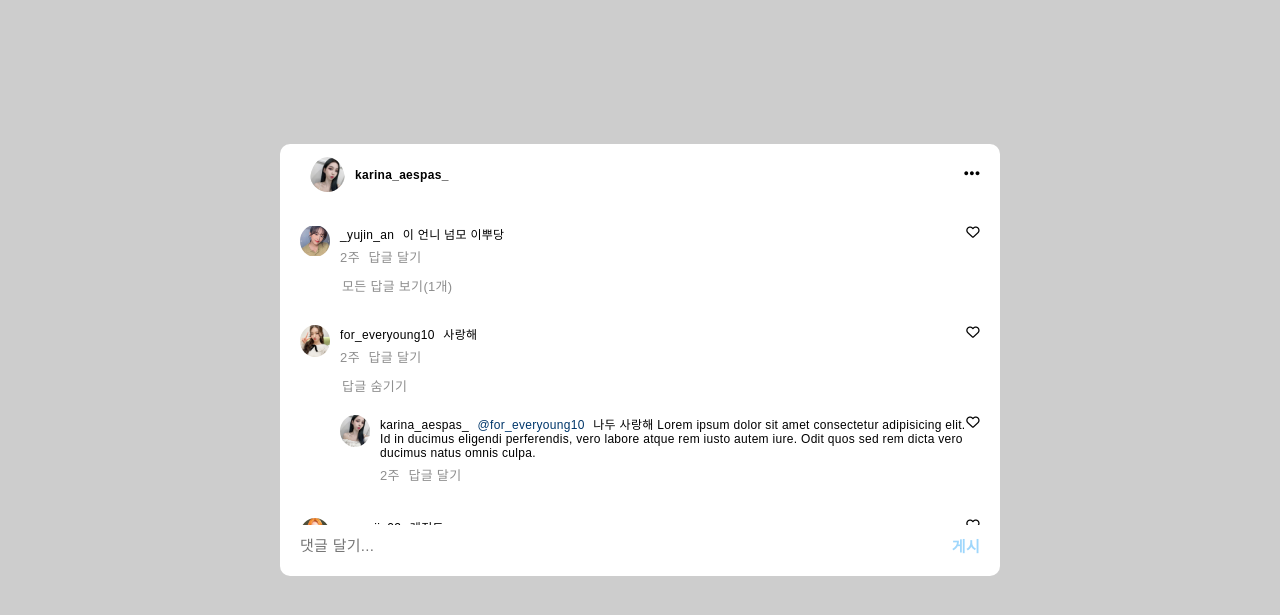
Repository: SNSFiestaTeam/Fiesta
Page: Fiesta/src/main/webapp/html/action/comment.html
An editor plug-in stored every save of this project. The page is shown before and after the next save, followed by the edit.
The browser window is 1280 px wide. The pictures show the whole page.
Some web fonts or font styles are not loaded; a fallback is used. Some web libraries are served in a nearby version.

Above is the page before, as saved 2022-11-28 17:27:44.

### Fiesta/src/main/webapp/html/action/comment.html
<!DOCTYPE html>
<html lang="en">
  <head>
    <meta charset="UTF-8" />
    <meta http-equiv="X-UA-Compatible" content="IE=edge" />
    <meta name="viewport" content="width=device-width, initial-scale=1.0" />
    <title>Document</title>
    <link rel="stylesheet" href="../../resources/css/common-style.css" />
    <link rel="stylesheet" href="../../resources/css/comment-style.css" />

    <script
      src="https://kit.fontawesome.com/591746f9e8.js"
      crossorigin="anonymous"
    ></script>
  </head>
  <body>
    <section id="commentContainerM">
      <section id="commentListAreaM">
        <div id="writerInfoAreaM">
          <div id="writerInfoM">
            <a href="html/profile/memberfeed(신아민) .html" id="profilePhotoM">
              <img
                id="feedProfileImageM"
                src="../../resources/images/karina.jpeg"
              />
            </a>
            <a href="#" class="feed-memberId-m">karina_aespas_</a>
          </div>
          <div>
            <button
              type="button"
              id="feedHeaderMenuM"
              class="fa-solid fa-ellipsis feed-header-menu"
            ></button>
          </div>
        </div>

        <div class="comment-container-m">
          <div class="comment-area-m">
            <ul class="comment-list-m two-line">
              <!-- 첫번째 댓글(답글 보기 X) -->
              <li class="comment-m">
                <div class="comment-firstchild-m">
                  <a href="#" id="commentProfileM">
                    <img
                      id="commentProfileImageM"
                      src="../../resources/images/안유진.jpg"
                    />
                  </a>
                  <div>
                    <div class="comment-firstline-m">
                      <div>
                        <a href="#" class="comment-memberId-m">_yujin_an</a>
                        <span class="comment-content-m"
                          >이 언니 넘모 이뿌당</span
                        >
                      </div>
                      <div>
                        <button class="comment-like-btn-m">
                          <i class="fa-regular fa-heart"></i>
                        </button>
                      </div>
                    </div>
                    <div class="create-reply-m">
                      <a href="#">2주</a>
                      <a href="#">답글 달기</a>
                      <button
                        type="button"
                        class="fa-solid fa-ellipsis hover-btn-m"
                      ></button>
                    </div>
                  </div>
                </div>
                <a href="#" class="more-reply-m">모든 답글 보기(1개)</a>
              </li>

              <!-- 두번째 댓글(답글 보기 O) -->
              <li class="comment-m">
                <div class="comment-firstchild-m">
                  <a href="#" id="commentProfileM">
                    <img
                      id="commentProfileImageM"
                      src="../../resources/images/장원영.jpg"
                    />
                  </a>
                  <div>
                    <div class="comment-firstline-m">
                      <div>
                        <a href="#" class="comment-memberId-m"
                          >for_everyoung10</a
                        >
                        <span class="comment-content-m">사랑해</span>
                      </div>
                      <div>
                        <button class="comment-like-btn-m">
                          <i class="fa-regular fa-heart"></i>
                        </button>
                      </div>
                    </div>
                    <div class="create-reply-m">
                      <a href="#">2주</a>
                      <a href="#">답글 달기</a>
                      <button
                        type="button"
                        class="fa-solid fa-ellipsis hover-btn-m"
                      ></button>
                    </div>
                  </div>
                </div>
                <a href="#" class="more-reply-m">답글 숨기기</a>
                <!-- 답글 리스트 -->
                <ul>
                  <!-- 두번째 댓글의 답글 -->
                  <li class="comment-m" id="replyM">
                    <div class="reply-firstchild-m">
                      <a href="#" id="commentProfileM">
                        <img
                          id="commentProfileImageM"
                          src="../../resources/images/karina.jpeg"
                        />
                      </a>
                      <div>
                        <div class="reply-firstline-m">
                          <div>
                            <a href="#" class="comment-memberId-m"
                              >karina_aespas_</a
                            >
                            <a href="#" class="mention-m">@for_everyoung10</a>
                            <span class="comment-content-m"
                              >나두 사랑해 Lorem ipsum dolor sit amet
                              consectetur adipisicing elit. Id in ducimus
                              eligendi perferendis, vero labore atque rem iusto
                              autem iure. Odit quos sed rem dicta vero ducimus
                              natus omnis culpa.</span
                            >
                          </div>
                          <div>
                            <button class="comment-like-btn-m">
                              <i class="fa-regular fa-heart"></i>
                            </button>
                          </div>
                        </div>
                        <div class="create-reply-m">
                          <a href="#">2주</a>
                          <a href="#">답글 달기</a>
                          <button
                            type="button"
                            class="fa-solid fa-ellipsis hover-btn-m"
                          ></button>
                        </div>
                      </div>
                    </div>
                  </li>
                </ul>
              </li>

              <!-- 세번째 댓글 -->
              <li class="comment-m">
                <div class="comment-firstchild-m">
                  <a href="#" id="commentProfileM">
                    <img
                      id="commentProfileImageM"
                      src="../../resources/images/이영지.jpg"
                    />
                  </a>
                  <div>
                    <div class="comment-firstline-m">
                      <div>
                        <a href="#" class="comment-memberId-m">youngji_02</a>
                        <span class="comment-content-m">레전드</span>
                      </div>
                      <div>
                        <button class="comment-like-btn-m">
                          <i class="fa-regular fa-heart"></i>
                        </button>
                      </div>
                    </div>
                    <div class="create-reply-m">
                      <a href="#">2주</a>
                      <a href="#">답글 달기</a>
                      <button
                        type="button"
                        class="fa-solid fa-ellipsis hover-btn-m"
                      ></button>
                    </div>
                  </div>
                </div>
                <a href="#" class="more-reply-m">모든 답글 보기(1개)</a>
              </li>

              <!-- 네번째 댓글 -->
              <li class="comment-m">
                <div class="comment-firstchild-m">
                  <a href="#" id="commentProfileM">
                    <img
                      id="commentProfileImageM"
                      src="../../resources/images/이영지.jpg"
                    />
                  </a>
                  <div>
                    <div class="comment-firstline-m">
                      <div>
                        <a href="#" class="comment-memberId-m">youngji_02</a>
                        <span class="comment-content-m">레전드</span>
                      </div>
                      <div>
                        <button class="comment-like-btn-m">
                          <i class="fa-regular fa-heart"></i>
                        </button>
                      </div>
                    </div>
                    <div class="create-reply-m">
                      <a href="#">2주</a>
                      <a href="#">답글 달기</a>
                      <button
                        type="button"
                        class="fa-solid fa-ellipsis hover-btn-m"
                      ></button>
                    </div>
                  </div>
                </div>
                <a href="#" class="more-reply-m">모든 답글 보기(1개)</a>
              </li>

              <!-- 네번째 댓글 -->
            </ul>
          </div>
        </div>
        <div class="comment-input-area-m">
          <form name="commentForm" action="#">
            <input
              name="comment"
              id="commentInputM"
              class="comment-input-m"
              type="text"
              placeholder="댓글 달기..."
              autocomplete="off"
            />
            <button class="posting-btn" disabled>게시</button>
          </form>
        </div>
      </section>
    </section>
  </body>
</html>

### Fiesta/src/main/webapp/resources/css/common-style.css
@import url('https://fonts.googleapis.com/css2?family=Noto+Sans+KR:wght@100;300;400;500;700;900&display=swap');
@import url('https://fonts.googleapis.com/css2?family=Chewy&display=swap');
@import url('https://fonts.googleapis.com/css2?family=Leckerli+One&display=swap');
@import url('https://fonts.googleapis.com/css2?family=Cookie&display=swap');
@import './root-style.css';
@import url('https://fonts.googleapis.com/css2?family=Nanum+Gothic:wght@400;700;800&display=swap');
@import url('https://fonts.googleapis.com/css2?family=IBM+Plex+Sans+KR:wght@100;200;300;400;500&display=swap');

/* 전체 적용 스타일 */
* {
  margin: 0;
  padding: 0;
  box-sizing: border-box;
  list-style: none;
  /* font-family: 'Noto Sans KR', sans-serif; */
  /* font-family: 'Nanum Gothic', sans-serif; */
  font-family: 'IBM Plex Sans KR', sans-serif;
  letter-spacing: 0.3px;
}

a {
  text-decoration: none;
  color: black;
}

body {
  width: vw;
  font-size: 18px;
}

button {
  border: none;
  background-color: white;
}

footer {
  width: 100%;
  height: 134px;
  color: gray;
  font-size: var(--small-font-size);
  padding-bottom: 40px;

  display: flex;
  flex-direction: column;
  justify-content: space-around;
  align-items: center;
}

footer a {
  color: gray;
}

header {
  width: 100%;
  height: 60px;
  border-bottom: 1px solid #ccc;

  position: sticky;
  top: 0;
  background-color: white;

  display: flex;
  justify-content: center;
  z-index: 2;
}

header > section {
  width: 1000px;
  padding: 0 20px;

  display: flex;
  justify-content: space-between;
  align-items: center;
}

.logo-section a {
  font-family: 'Cookie', cursive;
  /* font-family: 'Chewy', cursive; */
  color: #dd4132;
  font-size: 50px;
  width: 120px;
  height: auto;
}

#logo {
  width: 120px;
  height: auto;
}

.search-section {
  width: 50%;

  display: flex;
  justify-content: center;
}

.search-section fieldset {
  height: 36px;
  width: 90%;
  background-color: --main-font-color;
  border: none;
  border-radius: 5px;

  display: flex;
  justify-content: center;
  align-items: center;
}

.search-section fieldset input {
  width: 200px;
}

#searchX {
  display: flex;
  justify-content: center;
  align-items: center;

  border-radius: 50%;

  display: none;
}

#searchX > i {
  background-color: #ccc;
  display: block;
  width: 15px;
  height: 15px;
  border-radius: 50%;
  font-size: 10px;

  display: flex;
  justify-content: center;
  align-items: center;
  color: white;
}

.search-section fieldset:focus-within > #search-glass {
  display: none;
}

.search-section fieldset:focus-within > #searchX {
  display: inline;
}

.search-section fieldset > input {
  height: 25px;
  border: none;
  outline: none;
  font-size: var(--madium-font-size);

  flex-basis: 80%;
}

.search-section fieldset > button {
  height: 25px;
  margin-right: 10px;
  font-size: 16px;
  color: var(--main-font-color);

  flex-basis: 10%;
}

nav {
  flex-shrink: 0;
}

nav > ul {
  font-size: var(--large-icon-size);

  display: flex;
  justify-content: space-between;
}

nav li {
  margin-left: 10px;
  flex-shrink: 0;

  text-align: center;
}

nav li > button {
  width: 100%;
  height: 100%;
  font-size: var(--large-icon-size);
}

nav li > button:active {
  color: var(--main-font-color);
}

nav li > a:active {
  color: var(--main-font-color);
}

nav i {
  flex-shrink: 0;
}

#searchBtn {
  display: none;
}

.toggle-search-section {
  display: none;
}

@media screen and (min-width: 1024px) {
  /* Desktop */
}

@media screen and (min-width: 471px) and (max-width: 1023px) {
  /* Tablet */
}

@media screen and (max-width: 780px) {
  .search-section > form {
    display: none;
  }

  #searchBtn {
    display: inline;
  }

  .toggle-search-section {
    width: 100vw;
    height: 80px;

    position: sticky;
    top: 60px;

    display: flex;
    justify-content: center;
    align-items: center;
    z-index: 40;
    display: none;
  }

  .toggle-search-section fieldset {
    height: 38px;
    width: 100%;
    background-color: #ffffff90;
    border: 1px solid #8e8e8e;
    border-radius: 5px;
    padding-left: 10px;

    display: flex;
    justify-content: center;
    align-items: center;
  }

  .toggle-search-section fieldset > input {
    height: 100%;
    width: 100%;
    border: none;
    outline: none;
    font-size: var(--madium-font-size);
    background-color: #ffffff00;

    flex-basis: 80%;
  }

  .toggle-search-section fieldset > button {
    height: 30px;
    margin-right: 10px;
    font-size: 16px;
    color: var(--fiesta-color);
    background-color: #ffffff00;

    flex-basis: 10%;
  }
}

@media screen and (max-width: 470px) {
  /* mobile */

  html {
    width: 100%;
  }

  body {
    width: vw;
  }

  footer {
    display: none;
  }

  #header-section {
    width: vw;
  }

  #newPost {
    width: 60px;
    height: 60px;
    border: 2px solid #8e8e8e;
    border-radius: 50%;
    background-color: white;
    display: flex;
    justify-content: center;
    align-items: center;

    font-size: 30px;

    position: fixed;
    bottom: 20px;
    right: 10px;
  }
}

### Fiesta/src/main/webapp/resources/css/comment-style.css
@import "./root-style.css";

#commentContainerM {
  width: 100vw;
  height: 100vh;
  background-color: #8e8e8e70;

  display: flex;
  align-items: center;
  justify-content: center;
}

#commentListAreaM {
  width: 70%;
  height: 60%;
  background-color: white;

  border-radius: 10px;

  padding: 10px 20px;
}

#commentListAreaM::-webkit-scrollbar {
  display: none;
}

#writerInfoAreaM {
  height: 10%;
  display: flex;
  justify-content: space-between;
  align-items: center;
}

#writerInfoM {
  display: flex;
  align-items: center;
}

.feed-header-m {
  height: 56px;

  flex-basis: 10%;

  display: flex;
  justify-content: space-between;
  align-items: center;
}

.fa-ellipsis {
  font-size: var(--large-font-size);
}

#writerInfoM {
  display: flex;
  align-items: center;
}

.feed-memberId-m {
  font-size: 16px;
  font-weight: bold;
}

#profilePhotoM {
  display: block;
  border-radius: 50%;
  width: 35px;
  height: 35px;
  overflow: hidden;
  margin: 10px;
  display: flex;
  justify-content: center;
  align-items: center;
}

#writerInfoM > a {
  font-size: var(--small-font-size);
}

#feedProfileImageM {
  width: 100%;
  border-radius: 50%;
}

#writerInfoM a,
#writerInfoM span {
  display: block;
}

#feedHeaderMenuM {
  cursor: pointer;
}

/* 댓글 */
.comment-container-m {
  height: 80%;
  overflow: auto;
}

.comment-container-m::-webkit-scrollbar {
  display: none;
}

.comment-container-m > button {
  display: block;
  padding-top: 8px;
  color: var(--main-font-color);
}

.comment-icon-menu-m a:hover {
  color: var(--main-font-color);
}

.comment-area-m > ul > li {
  width: 100%;
}

.comment-m {
  font-size: var(--small-font-size);
  display: flex;
  flex-direction: column;
}

.comment-firstline-m {
  display: flex;
  justify-content: space-between;
}

/* 댓글 상세보기 설정 */
a#commentProfileM {
  display: none;
}

.create-reply-m {
  display: none;
}
/* 댓글 상세보기 설정 여기까지 */

.comment-memberId-m {
  font-size: var(--small-font-size);
  font-weight: 500;
  margin-right: 5px;
}

.like-heart-m:hover {
  color: gray;
}

.mention-m {
  color: var(--mention-font-color);
  margin-right: 5px;
}

.comment-area-m li {
  display: flex;
  margin: 4px 0;
}

.create-date-m {
  color: var(--main-font-color);
  font-size: 10px;
  margin: 10px 0;
}

.more-reply-m {
  display: none;
}

.comment-input-area-m {
  margin: auto;
  height: 10%;
  font-size: var(--small-font-size);
}

.comment-input-area-m > form {
  height: 100%;
  display: flex;
  justify-content: space-between;
  align-items: center;
}

.comment-input-area-m input {
  border: 0;
  outline: none;
  flex-basis: 90%;
}

.comment-input-area-m button {
  color: var(--point-font-color);
  font-weight: bold;
}

.comment-input-area-m button:disabled {
  color: #0095f660;
  cursor: default;
}

/* 댓글 상세보기 설정 */
.comment-container-m {
  display: flex;
  flex-direction: column;
}

.comment-area-m > ul > li {
  justify-content: center;
  margin-top: 30px;
}

a#commentProfileM {
  display: flex;
  justify-content: center;
  align-items: center;
  width: 32px;
  height: 32px;
  border-radius: 50%;
  overflow: hidden;
  margin-right: 10px;

  object-fit: fill;
}

#commentProfileImageM {
  width: 100%;
}

.comment-firstchild-m {
  width: 100%;
  display: flex;
}

.comment-firstchild-m > div {
  width: 100%;
}

div.comment-firstline-m {
  width: 100%;
  display: flex;
  justify-content: space-between;
}

.comment-like-btn-m {
  cursor: pointer;
}

.reply-firstchild-m {
  display: flex;
}

.reply-firstchild-m > div {
  width: 100%;
}

div.reply-firstline-m {
  display: flex;
  justify-content: space-between;
}

.create-reply-m {
  margin-top: 5px;
  display: block;
}

.create-reply-m > a {
  color: #8e8e8e;
  font-size: 13px;
  margin-right: 5px;
}

.hover-btn-m {
  margin-left: 10px;
  color: white;
  cursor: pointer;
}

.create-reply-m:hover > .hover-btn-m {
  color: #8e8e8e;
}

.more-reply-m {
  display: block;
  margin-top: 10px;
  margin-left: 42px;
  font-size: 13px;
  color: #8e8e8e;
}

.more-reply-m::before {
  content: "";
}

/* 댓글 상세보기 스타일 end */

/* 답글 스타일 */
#replyM {
  margin-left: 40px;
  margin-top: 20px;
}
/* 답글 스타일 end */

/* 댓글 입력창 */

.comment-input-area-m > form {
  align-items: center;
  margin-bottom: 5px;
}

.comment-input-area-m > form > input {
  height: 100%;
  font-size: 15px;
}

.comment-input-area-m > form > button {
  font-size: 15px;
}

@media screen and (min-width: 1024px) {
  #commentListAreaM {
    width: 720px;
    height: 60%;
    background-color: white;

    border-radius: 10px;

    padding: 10px 20px;
  }
}

### Fiesta/src/main/webapp/resources/css/root-style.css
/* 루트 함수
공동으로 사용할 스타일을 미리 지정해놓고 사용 가능
스타일 지정시 지정할 스타일: 루트 함수명 으로 사용 가능
--만 타이핑 하면 자동완성 리스트가 뜨고
선택하면 var()함수까지 자동완성됨 */
:root {
  --background-color: white;
  --main-font-color: #8e8e8e;
  --icon-button-color: #262626;
  --point-font-color: #0095f6;
  --mention-font-color: #00376b;
  --fiesta-color: #dd4132;
  --small-font-size: 12px;
  --main-font-size: 13px;
  --madium-font-size: 16px;
  --large-icon-size: 24px;
}

After the next save:
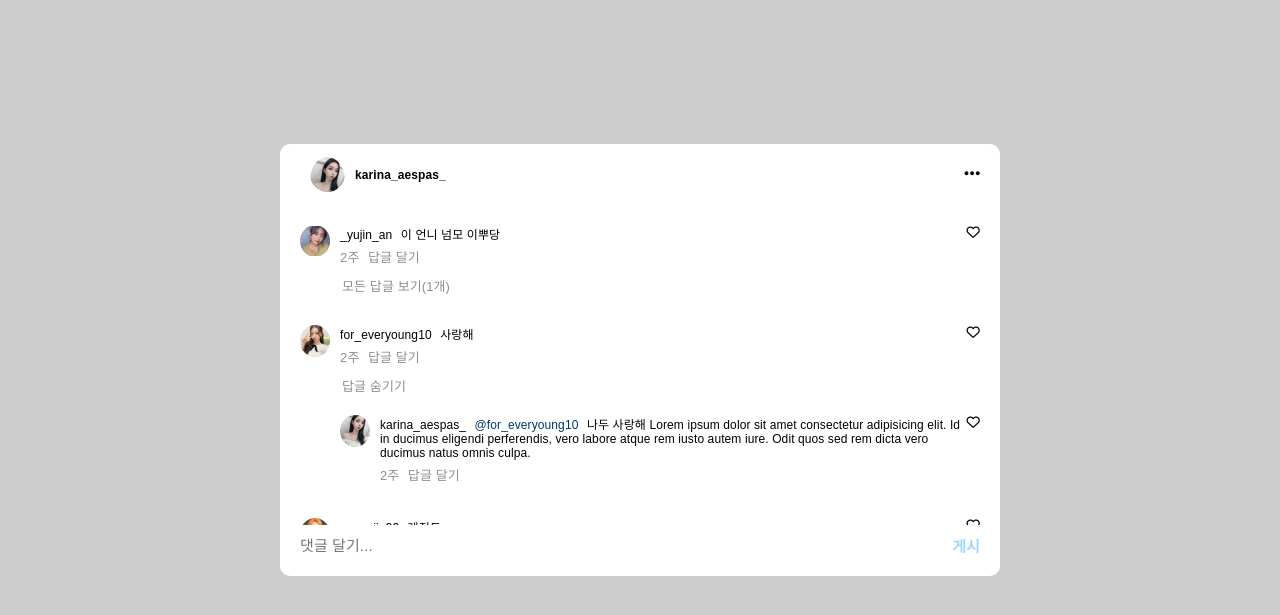
Saved 9 s later.
--- a/Fiesta/src/main/webapp/resources/css/common-style.css
+++ b/Fiesta/src/main/webapp/resources/css/common-style.css
@@ -15,7 +15,7 @@
   /* font-family: 'Noto Sans KR', sans-serif; */
   /* font-family: 'Nanum Gothic', sans-serif; */
   font-family: 'IBM Plex Sans KR', sans-serif;
-  letter-spacing: 0.3px;
+  letter-spacing: 0.1px;
 }
 
 a {
